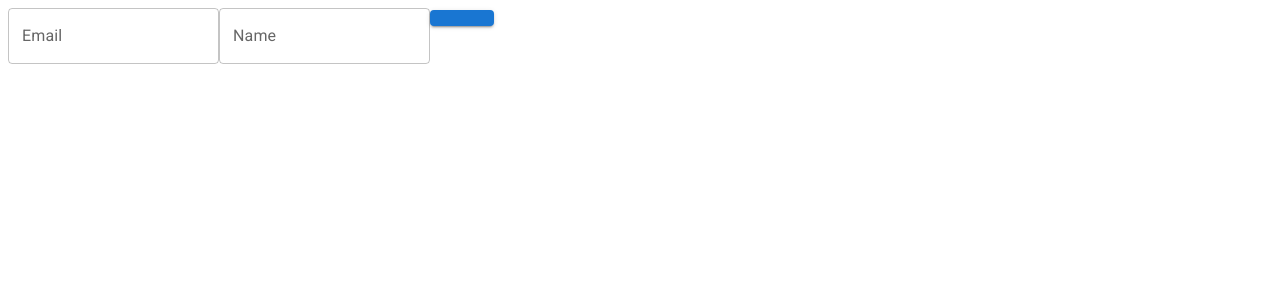
Repository: shikubro90/Quiz-App-React
Page: /
The author's editor kept a copy of each file at every save. The page is drawn from the files as they stood at one save, then again after the next save.
The browser window is 1280 px wide. The pictures show the whole page.
The project was rebuilt for these pictures with package versions that can differ from the ones it lists, and the page was loaded fresh each time. Also part of the build but not shown: src/index.css, src/App.css.

Above is the page before, as saved 2022-06-25 01:07:15.

### src/App.js
import './App.css';
import Login from './components/Login';

function App() {
  return (
    <>
      <Login/>
    </>

  );
}

export default App;

### src/components/Login.jsx
import React from 'react';
import {Box, Button} from '@mui/material'
import { TextField } from '@mui/material';

const Login = () => {
    return (
        <Box>
            <form noValidate>
                <TextField
                label="Email"
                name="email"
                variant='outlined'
                />

                <TextField
                label="Name"
                name="name"
                variant='outlined'
                />

                <Button
                type='submit'
                variant='contained'
                size='large'
                ></Button>
            </form>
        </Box>
    );
};

export default Login;

Loaded but not shown: public/index.html (common file); src/index.js (common file); src/reportWebVitals.js (common file)

After the next save:
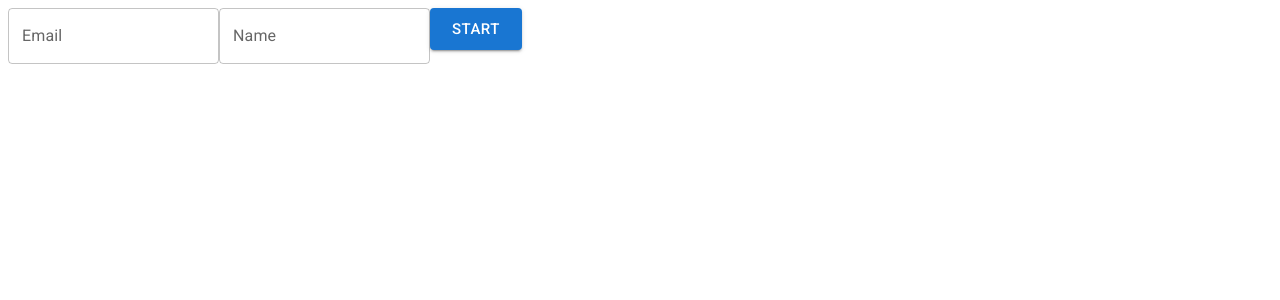
Saved 4 s later.
--- a/src/components/Login.jsx
+++ b/src/components/Login.jsx
@@ -22,7 +22,7 @@ const Login = () => {
                 type='submit'
                 variant='contained'
                 size='large'
-                ></Button>
+                >Start</Button>
             </form>
         </Box>
     );
